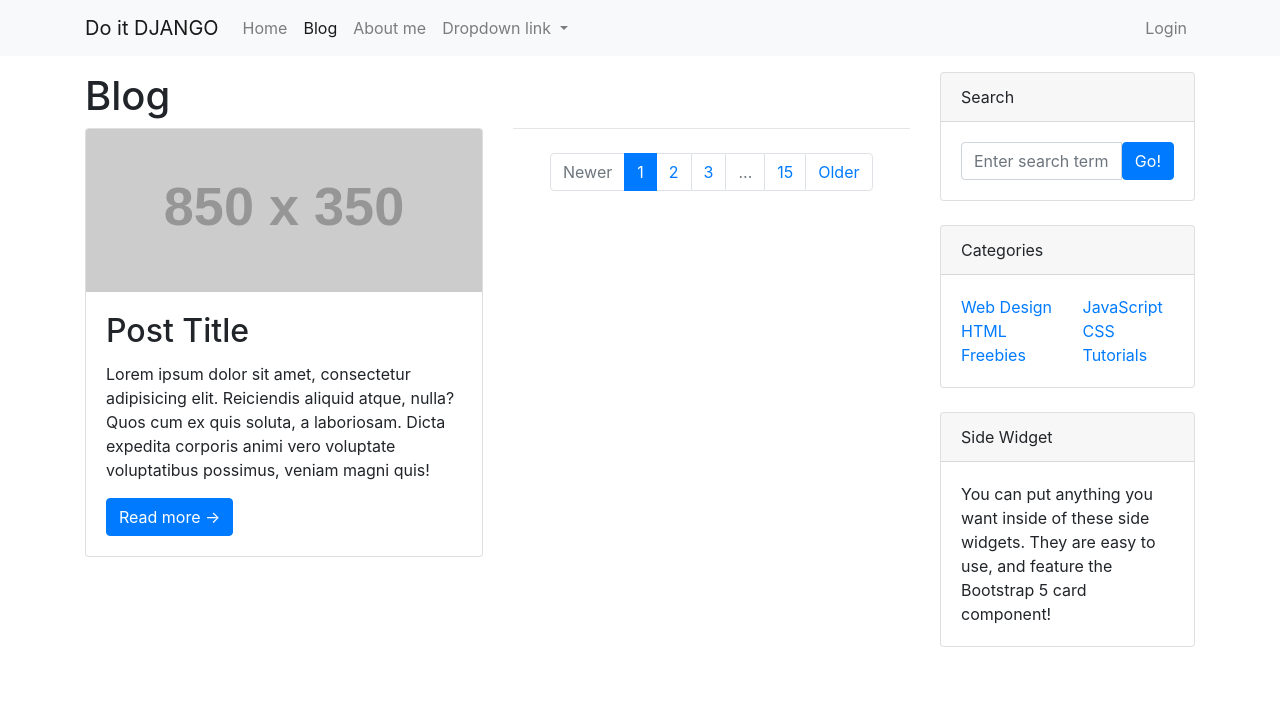
Repository: lwygold/do_it_ft
Page: blog_list.html
An editor plug-in stored every save of this project. The page is shown before and after the next save, followed by the edit.
The browser window is 1280 px wide. The pictures show the whole page.

Above is the page before, as saved 2021-08-11 21:27:43.

### blog_list.html
<!DOCTYPE html>
<html lang="en">

<head>
    <meta charset="UTF-8">
    <meta http-equiv="X-UA-Compatible" content="IE=edge">
    <meta name="viewport" content="width=device-width, initial-scale=1.0">
    <link rel="stylesheet" href="https://cdn.jsdelivr.net/npm/bootstrap@4.6.0/dist/css/bootstrap.min.css"
        integrity="sha384-B0vP5xmATw1+K9KRQjQERJvTumQW0nPEzvF6L/Z6nronJ3oUOFUFpCjEUQouq2+l" crossorigin="anonymous">
    <link rel="stylesheet" href="./sub.css" type="text/css" />
    <title>About Me</title>
</head>

<body>

    <nav class="navbar navbar-expand-lg navbar-light bg-light">
        <div class="container">

            <a class="navbar-brand" href="#">Do it DJANGO</a>
            <button class="navbar-toggler" type="button" data-toggle="collapse" data-target="#navbarNavDropdown"
                aria-controls="navbarNavDropdown" aria-expanded="false" aria-label="Toggle navigation">
                <span class="navbar-toggler-icon"></span>
            </button>
            <div class="collapse navbar-collapse" id="navbarNavDropdown">
                <ul class="navbar-nav">
                    <li class="nav-item">
                        <a class="nav-link" href="./index.html">Home <span class="sr-only">(current)</span></a>
                    </li>
                    <li class="nav-item active">
                        <a class="nav-link" href="./blog_list.html">Blog</a>
                    </li>
                    <li class="nav-item">
                        <a class="nav-link" href="./about_me.html">About me</a>
                    </li>
                    <li class="nav-item dropdown">
                        <a class="nav-link dropdown-toggle" href="#" id="navbarDropdownMenuLink" role="button"
                            data-toggle="dropdown" aria-haspopup="true" aria-expanded="false">
                            Dropdown link
                        </a>
                        <div class="dropdown-menu" aria-labelledby="navbarDropdownMenuLink">
                            <a class="dropdown-item" href="#">Action</a>
                            <a class="dropdown-item" href="#">Another action</a>
                            <a class="dropdown-item" href="#">Something else here</a>
                        </div>
                    </li>
                </ul>
                <ul class="navbar-nav ml-auto">
                    <li class="nav-item">
                        <a class="nav-link" href="#">Login <span class="sr-only">(current)</span></a>
                    </li>
                </ul>

            </div>
        </div>
    </nav>

    <div class="container">
        <div class="row my-3">
            <div class="col-md-8 col-lg-9">
                <h1>Blog</h1>

                <div class="row">

                    <div class="col">
                        <div class="card mb-4">
                            <a href="#!"><img class="card-img-top"
                                    src="https://dummyimage.com/850x350/dee2e6/6c757d.jpg" alt="..."></a>
                            <div class="card-body">
                                <h2 class="card-title">Post Title</h2>
                                <p class="card-text">Lorem ipsum dolor sit amet, consectetur adipisicing elit.
                                    Reiciendis aliquid atque, nulla? Quos cum ex quis soluta, a laboriosam. Dicta
                                    expedita corporis animi vero voluptate voluptatibus possimus, veniam magni quis!</p>
                                <a class="btn btn-primary" href="#!">Read more →</a>
                            </div>
                        </div>
                    </div>
                    <div class="col">
                        <nav aria-label="Pagination">
                            <hr class="my-0">
                            <ul class="pagination justify-content-center my-4">
                                <li class="page-item disabled"><a class="page-link" href="#" tabindex="-1" aria-disabled="true">Newer</a></li>
                                <li class="page-item active" aria-current="page"><a class="page-link" href="#!">1</a></li>
                                <li class="page-item"><a class="page-link" href="#!">2</a></li>
                                <li class="page-item"><a class="page-link" href="#!">3</a></li>
                                <li class="page-item disabled"><a class="page-link" href="#!">...</a></li>
                                <li class="page-item"><a class="page-link" href="#!">15</a></li>
                                <li class="page-item"><a class="page-link" href="#!">Older</a></li>
                            </ul>
                        </nav>
                    </div>


                </div>

            </div>
            <div class="col-md-4 col-lg-3">
                <div class="row">
                    <div class="col">
                        <!-- Search widget-->
                        <div class="card mb-4">
                            <div class="card-header">Search</div>
                            <div class="card-body">
                                <div class="input-group">
                                    <input class="form-control" type="text" placeholder="Enter search term..."
                                        aria-label="Enter search term..." aria-describedby="button-search">
                                    <button class="btn btn-primary" id="button-search" type="button">Go!</button>
                                </div>
                            </div>
                        </div>
                        <!-- Categories widget-->
                        <div class="card mb-4">
                            <div class="card-header">Categories</div>
                            <div class="card-body">
                                <div class="row">
                                    <div class="col-sm-6">
                                        <ul class="list-unstyled mb-0">
                                            <li><a href="#!">Web Design</a></li>
                                            <li><a href="#!">HTML</a></li>
                                            <li><a href="#!">Freebies</a></li>
                                        </ul>
                                    </div>
                                    <div class="col-sm-6">
                                        <ul class="list-unstyled mb-0">
                                            <li><a href="#!">JavaScript</a></li>
                                            <li><a href="#!">CSS</a></li>
                                            <li><a href="#!">Tutorials</a></li>
                                        </ul>
                                    </div>
                                </div>
                            </div>
                        </div>
                        <!-- Side widget-->
                        <div class="card mb-4">
                            <div class="card-header">Side Widget</div>
                            <div class="card-body">You can put anything you want inside of these side widgets. They are
                                easy to use, and feature the Bootstrap 5 card component!</div>
                        </div>
                    </div>
                </div>
            </div>
        </div>

    </div>

    <script src="https://code.jquery.com/jquery-3.5.1.slim.min.js"
        integrity="sha384-DfXdz2htPH0lsSSs5nCTpuj/zy4C+OGpamoFVy38MVBnE+IbbVYUew+OrCXaRkfj"
        crossorigin="anonymous"></script>
    <script src="https://cdn.jsdelivr.net/npm/bootstrap@4.6.0/dist/js/bootstrap.bundle.min.js"
        integrity="sha384-Piv4xVNRyMGpqkS2by6br4gNJ7DXjqk09RmUpJ8jgGtD7zP9yug3goQfGII0yAns"
        crossorigin="anonymous"></script>

</body>

</html>

### sub.css
.container {
    width:1920px;
    margin:0 auto;

}

After the next save:
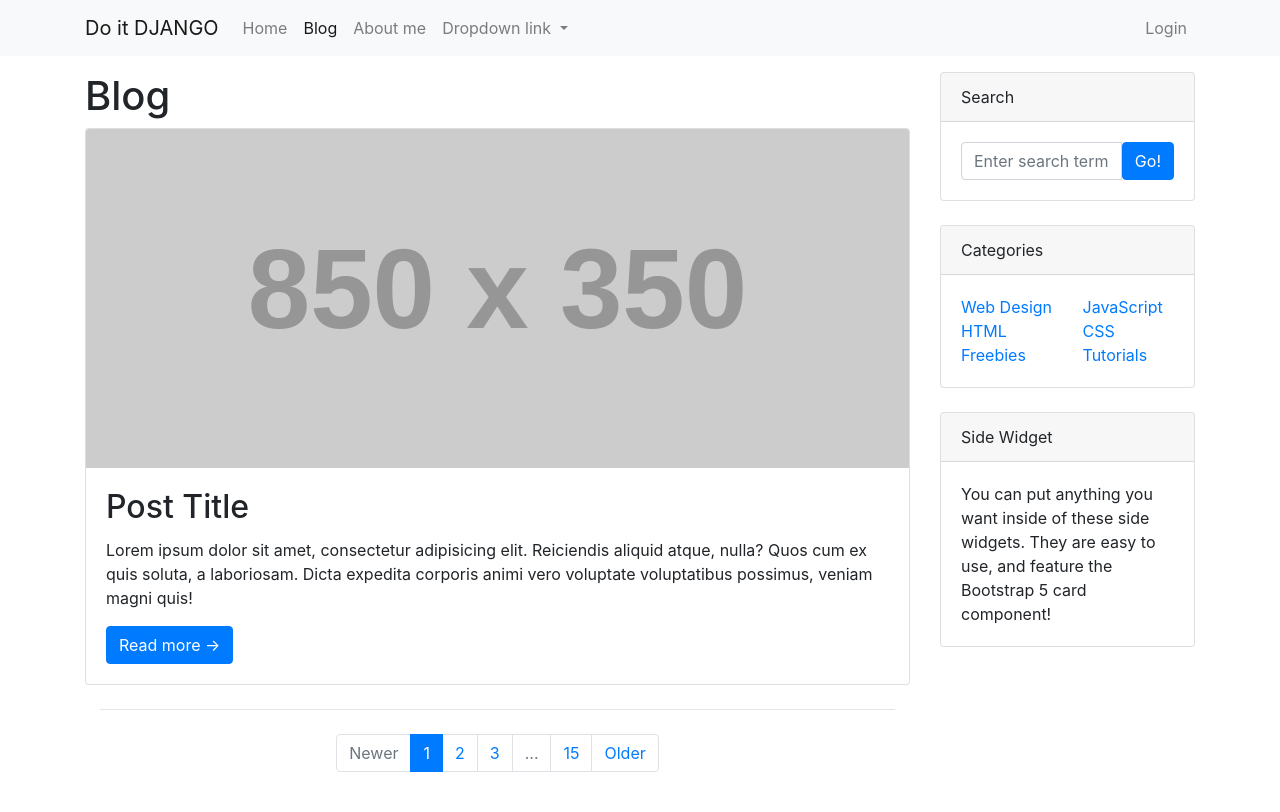
Saved 16 s later.
--- a/blog_list.html
+++ b/blog_list.html
@@ -74,22 +74,20 @@
                             </div>
                         </div>
                     </div>
-                    <div class="col">
-                        <nav aria-label="Pagination">
-                            <hr class="my-0">
-                            <ul class="pagination justify-content-center my-4">
-                                <li class="page-item disabled"><a class="page-link" href="#" tabindex="-1" aria-disabled="true">Newer</a></li>
-                                <li class="page-item active" aria-current="page"><a class="page-link" href="#!">1</a></li>
-                                <li class="page-item"><a class="page-link" href="#!">2</a></li>
-                                <li class="page-item"><a class="page-link" href="#!">3</a></li>
-                                <li class="page-item disabled"><a class="page-link" href="#!">...</a></li>
-                                <li class="page-item"><a class="page-link" href="#!">15</a></li>
-                                <li class="page-item"><a class="page-link" href="#!">Older</a></li>
-                            </ul>
-                        </nav>
-                    </div>
-
-
+                </div>
+                <div class="col">
+                    <nav aria-label="Pagination">
+                        <hr class="my-0">
+                        <ul class="pagination justify-content-center my-4">
+                            <li class="page-item disabled"><a class="page-link" href="#" tabindex="-1" aria-disabled="true">Newer</a></li>
+                            <li class="page-item active" aria-current="page"><a class="page-link" href="#!">1</a></li>
+                            <li class="page-item"><a class="page-link" href="#!">2</a></li>
+                            <li class="page-item"><a class="page-link" href="#!">3</a></li>
+                            <li class="page-item disabled"><a class="page-link" href="#!">...</a></li>
+                            <li class="page-item"><a class="page-link" href="#!">15</a></li>
+                            <li class="page-item"><a class="page-link" href="#!">Older</a></li>
+                        </ul>
+                    </nav>
                 </div>
 
             </div>
